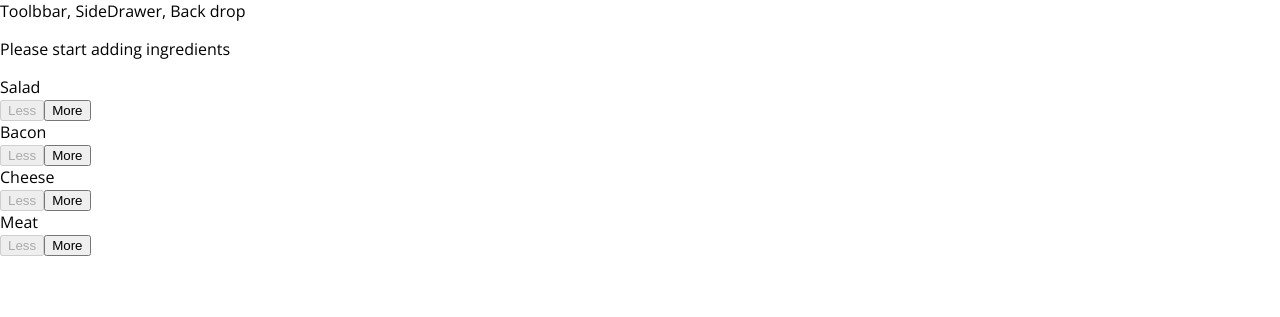
Repository: dunbom6612/burger-builder-app
Page: /
The author's editor kept a copy of each file at every save. The page is drawn from the files as they stood at one save, then again after the next save.
The browser window is 1280 px wide. The pictures show the whole page.
The project was rebuilt for these pictures with package versions that can differ from the ones it lists, and the page was loaded fresh each time. Also part of the build but not shown: src/components/Layout/Layout.css, src/components/Burger/Burgeringredient/Burgeringredient.css, src/components/Burger/Burger.css, src/components/BuildControls/BuildControls.css, src/components/BuildControls/BuildControl/BuildControl.css.

Above is the page before, as saved 2020-07-31 00:38:13.

### public/index.html
<!DOCTYPE html>
<html lang="en">
  <head>
    <meta charset="utf-8">
    <meta name="viewport" content="width=device-width, initial-scale=1, shrink-to-fit=no">
    <meta name="theme-color" content="#000000">
    <!--
      manifest.json provides metadata used when your web app is added to the
      homescreen on Android. See https://developers.google.com/web/fundamentals/engage-and-retain/web-app-manifest/
    -->
    <link rel="manifest" href="%PUBLIC_URL%/manifest.json">
    <link rel="shortcut icon" href="%PUBLIC_URL%/favicon.ico">
    <!--
      Notice the use of %PUBLIC_URL% in the tags above.
      It will be replaced with the URL of the `public` folder during the build.
      Only files inside the `public` folder can be referenced from the HTML.

      Unlike "/favicon.ico" or "favicon.ico", "%PUBLIC_URL%/favicon.ico" will
      work correctly both with client-side routing and a non-root public URL.
      Learn how to configure a non-root public URL by running `npm run build`.
    -->
    <link href="https://fonts.googleapis.com/css2?family=Open+Sans:wght@400;700&display=swap" rel="stylesheet">
    <title>Huy Burger</title>
  </head>
  <body>
    <noscript>
      You need to enable JavaScript to run this app.
    </noscript>
    <div id="root"></div>
    <!--
      This HTML file is a template.
      If you open it directly in the browser, you will see an empty page.

      You can add webfonts, meta tags, or analytics to this file.
      The build step will place the bundled scripts into the <body> tag.

      To begin the development, run `npm start` or `yarn start`.
      To create a production bundle, use `npm run build` or `yarn build`.
    -->
  </body>
</html>

### src/App.js
import React, { Component } from 'react';
import Layout from './components/Layout/Layout';
import BurgerBuilder from './containers/BurgerBuilder/BurgerBuilder';

class App extends Component {
  render() {
    return (
      <div className="App">
        <Layout>
          <BurgerBuilder />
        </Layout>
      </div>
    );
  }
}

export default App;

### src/components/Layout/Layout.js
import React from "react";
import Aux from "../../hoc/Aux";
import classes from './Layout.css'

const layout = (props) => (
  <Aux>
    <div>Toolbbar, SideDrawer, Back drop</div>
    <main className={classes.Content}>{props.children}</main>
  </Aux>
);

export default layout;

### src/containers/BurgerBuilder/BurgerBuilder.js
import React, { Component } from "react";
import Aux from "../../hoc/Aux";
import Burger from "../../components/Burger/Burger";
import BuildControls from "../../components/BuildControls/BuildControls";

const INGREDIENT_PRICES = {
  salad: 0.5,
  cheese: 0.4,
  meat: 1.3,
  bacon: 0.7,
};
class BurgerBuilder extends Component {
  state = {
    ingredients: {
      salad: 0,
      bacon: 0,
      cheese: 0,
      meat: 0,
    },
    totalPrice: 4,
  };

  addIngredientHandler = (type) => {
    const oldCount = this.state.ingredients[type];
    const updatedCount = oldCount + 1;
    const updateIngredients = {
      ...this.state.ingredients,
    };
    updateIngredients[type] = updatedCount;
    const priceAddition = INGREDIENT_PRICES[type];
    const oldPrice = this.state.totalPrice;
    const newPrice = oldPrice + priceAddition;
    this.setState({ totalPrice: newPrice, ingredients: updateIngredients });
  };

  removeIngredientHandler = (type) => {
    const oldCount = this.state.ingredients[type];
    if(oldCount <= 0){
        return;
    }
    const updatedCount = oldCount - 1 ;
    const updateIngredients = {
      ...this.state.ingredients,
    };
    updateIngredients[type] = updatedCount;
    const priceDeduction = INGREDIENT_PRICES[type];
    const oldPrice = this.state.totalPrice;
    const newPrice =
      oldPrice > priceDeduction ? oldPrice - priceDeduction : oldPrice;
    this.setState({ totalPrice: newPrice, ingredients: updateIngredients });
  };
  render() {
      const disabledInfo = {
          ...this.state.ingredients
      };
      for (let key in disabledInfo) {
          disabledInfo[key] = disabledInfo[key] <= 0
      }
    return (
      <Aux>
        <Burger ingredients={this.state.ingredients} />
        <BuildControls
          ingredientAdded={this.addIngredientHandler}
          ingredientRemoved={this.removeIngredientHandler}
          price={this.state.totalPrice}
          disabled={disabledInfo}
        />
      </Aux>
    );
  }
}

export default BurgerBuilder;

### src/components/Burger/Burger.js
import React from 'react'
import BurgerIngredient from './Burgeringredient/Burgeringredient'
import classes from './Burger.css'

const burger = (props) => {
    let transformedIngredient = Object.keys(props.ingredients).map(igKey => {
        return [...Array(props.ingredients[igKey])].map((_,i) => {
           return  <BurgerIngredient key={igKey + i} type={igKey} />
        });
    }).reduce((arr, el) => {
        return arr.concat(el);
    }, []);
    if(transformedIngredient.length === 0 ){
        transformedIngredient = <p> Please start adding ingredients</p>;
    }
    return (
        <div className={classes.Burger}>
            <BurgerIngredient type='bread-top'/>
            {transformedIngredient}
            <BurgerIngredient type='bread-bottom'/>
        </div>
    );


}

export default burger;

### src/components/BuildControls/BuildControls.js
import React from "react";
import classes from "./BuildControls.css";
import BuildControl from "./BuildControl/BuildControl";

const controls = [
  { label: "Salad", type: "salad" },
  { label: "Bacon", type: "bacon" },
  { label: "Cheese", type: "cheese" },
  { label: "Meat", type: "meat" },
];
const buildControls = (props) => (
  <div className={classes.BuildControls}>
      <div>{props.totalPrice}</div>
    {controls.map((ctrl) => (
      <BuildControl key={ctrl.label} label={ctrl.label}
      added={() => props.ingredientAdded(ctrl.type)}
      removed={() => props.ingredientRemoved(ctrl.type)}
      disabled={props.disabled[ctrl.type]}
      />
    ))}

  </div>
);

export default buildControls;

### src/components/Burger/Burgeringredient/Burgeringredient.js
import React, { Component } from "react";
import PropTypes from "prop-types";
import classes from "./Burgeringredient.css";

class BurgerIngredient extends Component {
  render() {
    let ingredient = null;

    switch (this.props.type) {
      case "bread-bottom":
        ingredient = <div className={classes.BreadBottom}></div>;
        break;
      case "bread-top":
        ingredient = (
          <div className={classes.BreadTop}>
            <div className={classes.Seeds1}></div>
            <div className={classes.Seeds2}></div>
          </div>
        );
        break;
      case "meat":
        ingredient = <div className={classes.Meat}></div>;
        break;
      case "cheese":
        ingredient = <div className={classes.Cheese}></div>;
        break;
      case "bacon":
        ingredient = <div className={classes.Bacon}></div>;
        break;
      case "salad":
        ingredient = <div className={classes.Salad}></div>;
        break;
      default:
        ingredient = null;
    }

    return ingredient;
  }
}

BurgerIngredient.propTypes = {
  type: PropTypes.string.isRequired,
};

export default BurgerIngredient;

### src/components/BuildControls/BuildControl/BuildControl.js
import React from "react";
import classes from './BuildControl.css';



const buildControl = (props) => (
    <div className={classes.BuildControl}>
        <div className={classes.Label}>{props.label}</div>
        <button className={classes.Less} onClick={props.removed} disabled={props.disabled}>Less</button>
        <button className={classes.More} onClick={props.added}>More</button>
    </div>
);

export default buildControl;

Loaded but not shown: src/index.js (common file); src/index.css (common file); src/registerServiceWorker.js (common file); src/hoc/Aux.js (common file)

After the next save:
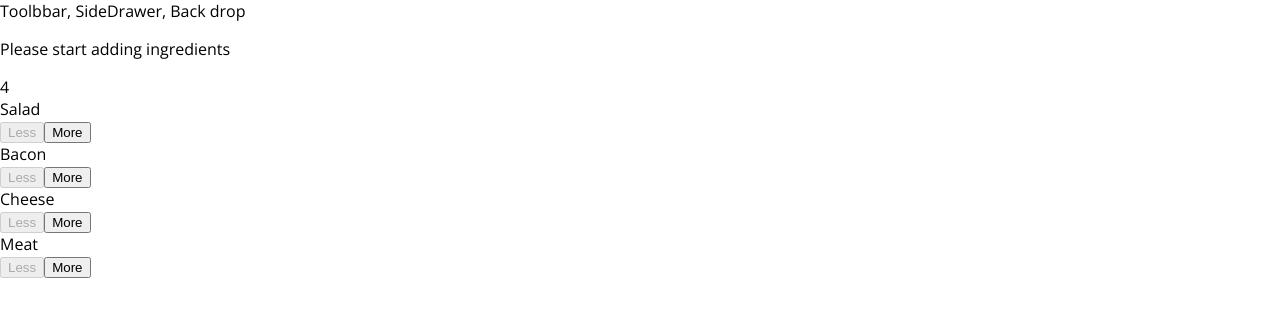
Saved 4 s later.
--- a/src/components/BuildControls/BuildControls.js
+++ b/src/components/BuildControls/BuildControls.js
@@ -10,7 +10,7 @@ const controls = [
 ];
 const buildControls = (props) => (
   <div className={classes.BuildControls}>
-      <div>{props.totalPrice}</div>
+      <div>{props.price}</div>
     {controls.map((ctrl) => (
       <BuildControl key={ctrl.label} label={ctrl.label}
       added={() => props.ingredientAdded(ctrl.type)}
